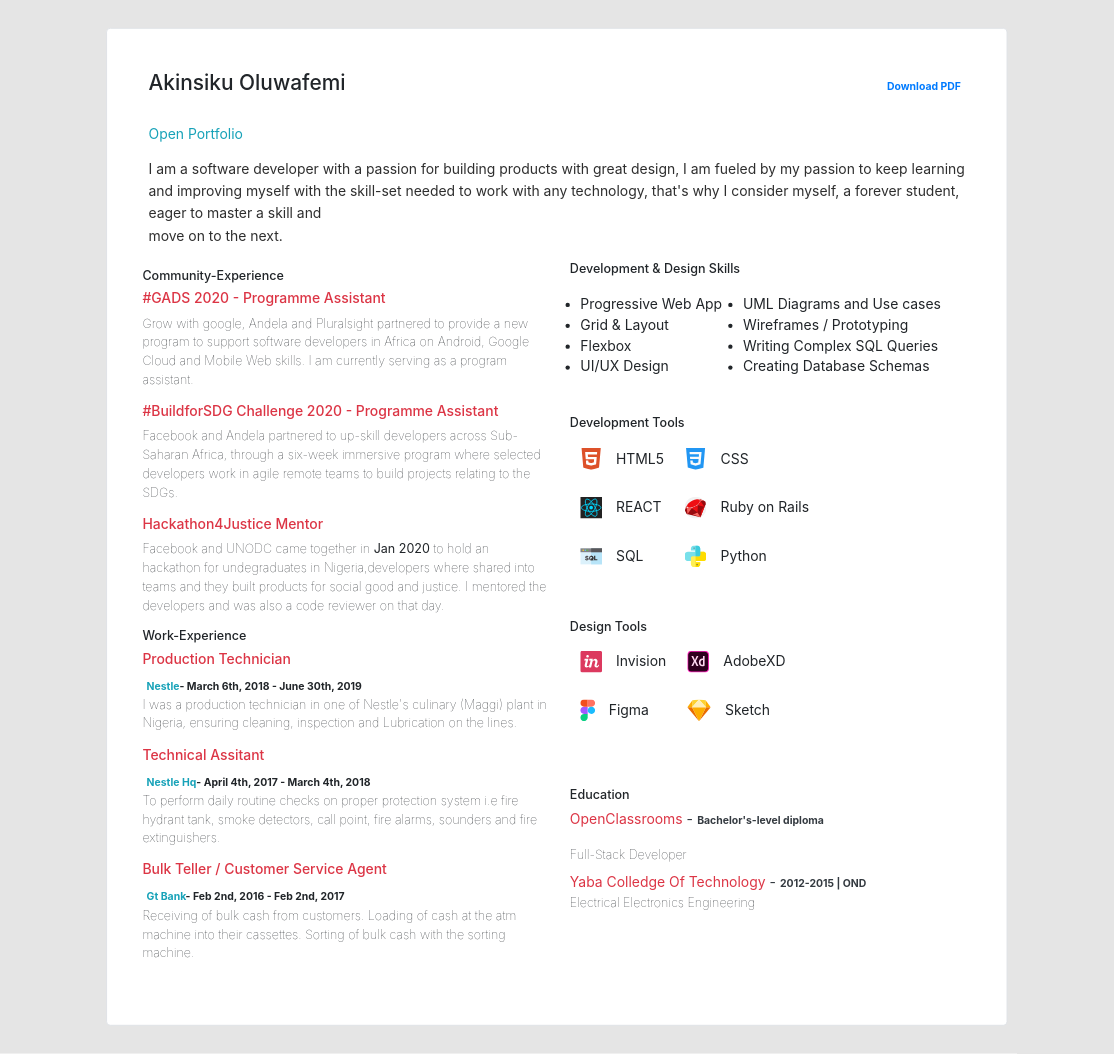
Repository: akinsikuoluwafemi/resume
Page: index.html
The author's editor kept a copy of each file at every save. The page is drawn from the files as they stood at one save, then again after the next save.
The browser window is 1280 px wide. The pictures show the whole page, at 87% of full size.
The style sheet was rebuilt from its Sass, Less or Tailwind sources for each picture, by a compiler version that may differ from the author's.

Above is the page before, as saved 2020-08-03 19:23:17.

### index.html
<!DOCTYPE html>
<html lang="en">

<head>
    <meta charset="UTF-8">
    <meta name="viewport" content="width=device-width, initial-scale=1.0">
    <meta http-equiv="X-UA-Compatible" content="ie=edge">
    <link rel="shortcut icon" type="image/png" href="./images/new-photo.png">

    <link rel="stylesheet" href="https://stackpath.bootstrapcdn.com/bootstrap/4.3.1/css/bootstrap.min.css" integrity="sha384-ggOyR0iXCbMQv3Xipma34MD+dH/1fQ784/j6cY/iJTQUOhcWr7x9JvoRxT2MZw1T"
        crossorigin="anonymous" />
    <link rel="stylesheet" href="./resume.css">

    <title>Akinsiku Oluwafemi - Software Developer</title>
</head>

<body>

   <div class="col-sm-12 col-lg-10 m-auto">
       <!--  -->
        <div class="p-c container border px-3 py-4 px-lg-5 py-lg-5 ">
            <header class="row">
                <div class="col d-flex align-items-center">
                    <h4 class="header__name mr-auto">Akinsiku Oluwafemi</h4>
                    <a href="./images/newresume.pdf" download="Femi_Akinsiku_resume.pdf" class="badge">Download PDF</a>
                </div>
            </header>
            <div class="row mt-4">
                <a href="https://femiakin.com/" target="_blank" class="col text-info">Open Portfolio</a>
            </div>

            <div class="row mt-3">
                <div class="col">
                    <p class="intro">I am a software developer with a passion for building products with great design, I am
                        fueled by my passion to keep learning and improving myself with the skill-set needed to work with
                        any
                        technology,
                        that's why I consider myself, a forever student, eager to master a skill and <br /> move on to the
                        next. </p>
                </div>
            </div>


            <div class="row">

                <div class="col col-lg-6 p-2  ">
                    <div>
                        <h5 class="item__header">Community-Experience</h5>

                        <h6 class="item__job text-danger">#GADS 2020 - Programme Assistant </h6>
                        <p class="item__description">Grow with google, Andela and Pluralsight partnered to provide a new
                            program to support
                            software developers in Africa on Android, Google Cloud and Mobile Web skills. I am currently
                            serving as a
                            program assistant.</p>

                    </div>

                    <div>



                        <h6 class="item__job text-danger">#BuildforSDG Challenge 2020 - Programme Assistant </h6>


                        <p class="item__description">Facebook and Andela partnered to up-skill developers across
                            Sub-Saharan
                            Africa,
                            through a six-week immersive program where selected developers work in agile remote
                            teams to build projects relating to the SDGs.
                        </p>

                    </div>

                    <div>
                        <h6 class="item__job text-danger">Hackathon4Justice Mentor</h6>
                        <p class="item__description">Facebook and UNODC came together in <strong>Jan 2020</strong> to hold
                            an
                            hackathon for
                            undegraduates in Nigeria,developers where shared into teams and they built products for social
                            good
                            and justice. I mentored the developers and was
                            also a code reviewer on that day.
                        </p>
                    </div>


                    <!-- here -->
                    <div>
                        <h5 class="item__header">Work-Experience</h5>
                        <h6 class="item__job text-danger">Production Technician</h6>
                        <span class="badge"><span class="text-info">Nestle</span>- March 6th, 2018 - June 30th, 2019 </span>
                        <p class="item__description">I was a production technician in one of Nestle's culinary (Maggi)
                            plant in
                            Nigeria,
                            ensuring cleaning, inspection and Lubrication on the lines.</p>

                    </div>
                    <div>
                        <h6 class="item__job text-danger">Technical Assitant</h6>
                        <span class="badge"><span class="text-info">Nestle Hq</span>- April 4th, 2017 - March 4th, 2018</span>
                        <p class="item__description">To perform daily routine checks on proper protection system i.e fire
                            hydrant tank,
                            smoke detectors, call point, fire
                            alarms, sounders and fire extinguishers.
                        </p>

                    </div>
                    <div>
                        <h6 class="item__job text-danger">Bulk Teller / Customer Service Agent</h6>
                        <span class="badge"><span class="text-info">Gt Bank</span>- Feb 2nd, 2016 - Feb 2nd, 2017 </span>
                        <p class="item__description">Receiving of bulk cash from customers.
                            Loading of cash at the atm machine into their cassettes.
                            Sorting of bulk cash with the sorting machine.</p>

                    </div>
                    <!-- here2 -->


                </div>
                <div class="col col-lg-6 ">

                    <div>
                        <h5 class="item__header ">Development & Design Skills</h5>
                        <div class="d-flex ">
                            <ul class="list__item">
                                <li>Progressive Web App</li>
                                <li>Grid & Layout</li>
                                <li>Flexbox</li>
                                <li>UI/UX Design</li>


                            </ul>
                            <ul class="list__item">
                                <li>UML Diagrams and Use cases</li>
                                <li>Wireframes / Prototyping</li>
                                <li>Writing Complex SQL Queries</li>
                                <li>Creating Database Schemas</li>



                            </ul>
                        </div>


                    </div>

                    <div class="item__container">
                        <h5 class="item__header">Development Tools</h5>
                        <div class="d-flex ">
                            <ul class="list__item">
                                <div class="d-flex  mb-3">
                                    <img src="./images/html5.svg" />
                                    <p class="ml-3">HTML5</p>
                                </div>
                                <div class="d-flex  mb-3">
                                    <img src="./images/react-1.svg" />
                                    <p class="ml-3">REACT</p>
                                </div>
                                <div class="d-flex ">
                                    <img src="./images/sql.svg" />
                                    <p class="ml-3">SQL</p>
                                </div>

                            </ul>
                            <ul class="list__item ">
                                <div class="d-flex  mb-3">
                                    <img src="./images/css-3.svg" />
                                    <p class="ml-3">CSS</p>
                                </div>
                                <div class="d-flex  mb-3">
                                    <img src="./images/ruby.svg" />
                                    <p class="ml-3">Ruby on Rails</p>
                                </div>
                                <div class="d-flex ">
                                    <img src="./images/python.svg" />
                                    <p class="ml-3">Python</p>
                                </div>


                            </ul>
                        </div>


                    </div>

                    <!-- here -->

                    <div class="item__contain">
                        <h5 class="item__header">Design Tools</h5>
                        <div class="d-flex ">
                            <ul class="list__item">
                                <div class="d-flex mb-3">
                                    <img src="./images/invision.svg" />
                                    <p class="ml-3">Invision</p>
                                </div>
                                <div class="d-flex ">
                                    <img src="./images/figma-1.svg" />
                                    <p class="ml-3">Figma</p>
                                </div>

                            </ul>
                            <ul class="list__item ">
                                <div class="d-flex  mb-3 ">
                                    <img src="./images/adobe-xd-1.svg" />
                                    <p class="ml-3">AdobeXD</p>
                                </div>
                                <div class="d-flex ">
                                    <img src="./images/sketch-2.svg" />
                                    <p class="ml-3">Sketch</p>
                                </div>


                            </ul>
                        </div>


                    </div>
                    <div class="edu">
                        <h5 class="item__header">Education</h5>
                        <p paragraph><a href="https://www.francecompetences.fr/recherche/rncp/27099/" class="text-danger text-info">OpenClassrooms
                            <span class="text-dark">-</span><span class="badge text-dark">Bachelor's-level diploma</span></a></p>

                        <span class="item__description "><a style="color: #212529" href="https://openclassrooms.com/en/paths/104-full-stack-developer">Full-Stack Developer</a></span>

                        <p class="text-danger paragraph pt-2">Yaba Colledge Of Technology <span class="text-dark">-</span><span class="badge text-dark">2012-2015
                                | OND</span></p>
                        <span class="item__description ">Electrical Electronics Engineering</span>


                    </div>



                </div>

            </div>


        </div>

        <!--  -->
   </div>










    <script src="https://code.jquery.com/jquery-3.3.1.slim.min.js" integrity="sha384-q8i/X+965DzO0rT7abK41JStQIAqVgRVzpbzo5smXKp4YfRvH+8abtTE1Pi6jizo"
        crossorigin="anonymous"></script>
    <script src="https://cdnjs.cloudflare.com/ajax/libs/popper.js/1.14.7/umd/popper.min.js" integrity="sha384-UO2eT0CpHqdSJQ6hJty5KVphtPhzWj9WO1clHTMGa3JDZwrnQq4sF86dIHNDz0W1"
        crossorigin="anonymous"></script>
    <script src="https://stackpath.bootstrapcdn.com/bootstrap/4.3.1/js/bootstrap.min.js" integrity="sha384-JjSmVgyd0p3pXB1rRibZUAYoIIy6OrQ6VrjIEaFf/nJGzIxFDsf4x0xIM+B07jRM"
        crossorigin="anonymous"></script>
</body>

</html>

### resume.scss


body {
    background-color: #E5E5E5;

    -webkit-font-smoothing: antialiased;
  -moz-osx-font-smoothing: grayscale;
}

.container {
    margin: 2rem auto;
    background-color: white;
    border-radius: .3rem;
}

.intro {
    font-size: 1rem;
    color: rgba(0,0,0,0.82);
    line-height: 1.6rem;
}


.text-info:hover{
    text-decoration: none;
}

img {
    height: 25px;
}



.item {

     &__contain {
        margin-bottom: 2rem!important;
        // background: red;
    }

    &__container {
        margin: 1rem 0!important;
    }

    &__dev {
         font-size: .9rem;
        margin-bottom: 1rem;
    }

    &__header {
        font-size: .9rem;
        margin-bottom: .5rem;
    }

    &__description {
        font-weight: 100;
        font-size: .9rem;
    }

}


.list__item {
    padding: 12px;
}

@media (max-width: 576px) {
    br {
        display: none;
    }
 }

 .paragraph {
    margin: 0!important;
 }

After the next save:
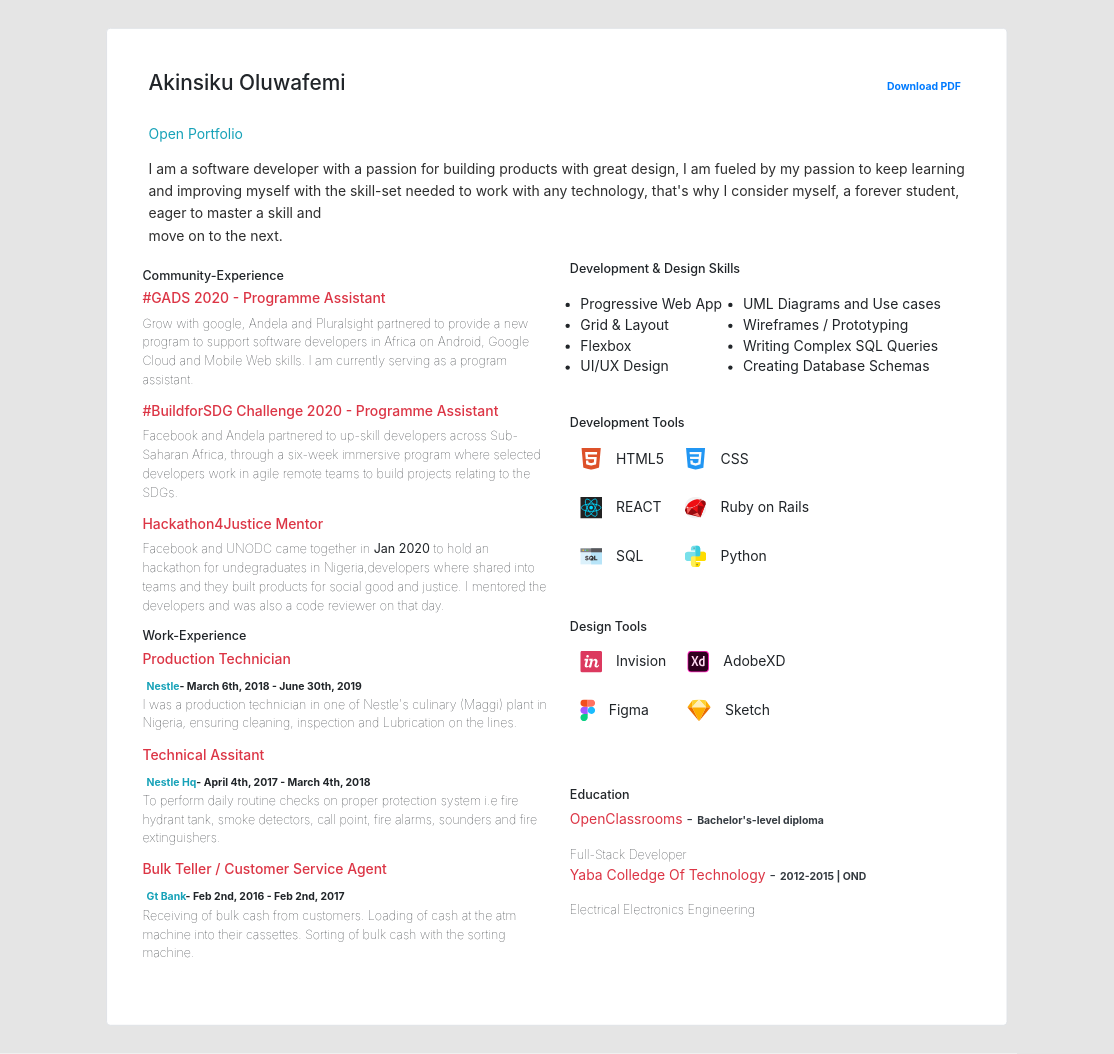
Saved 23 s later.
--- a/resume.scss
+++ b/resume.scss
@@ -70,5 +70,5 @@
  }
 
  .paragraph {
-    margin: 0!important;
+   padding: 0!important;
  }
